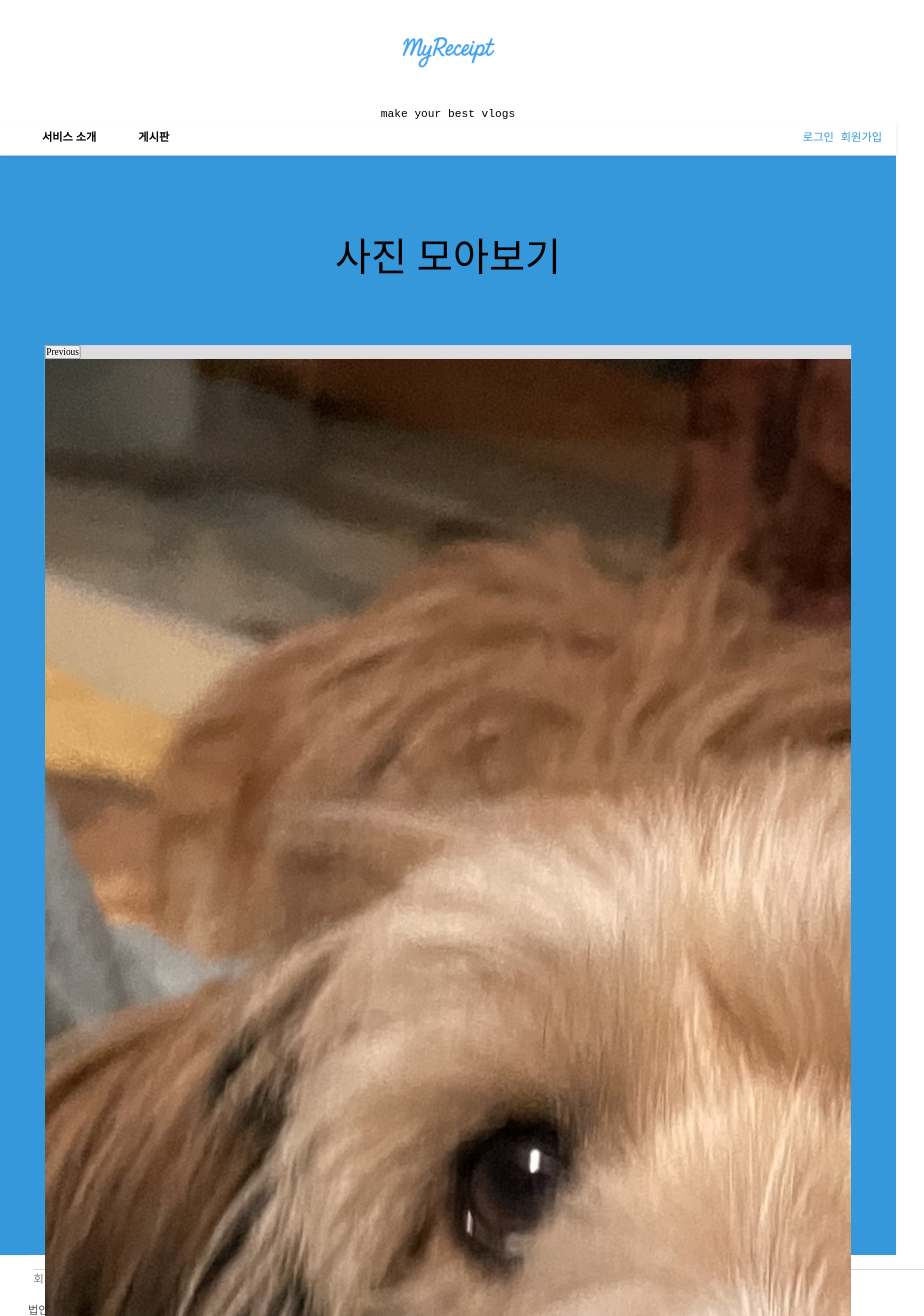
Repository: shong69/mini-project
Page: http://localhost/myReceipt2/index
The author's editor kept a copy of each file at every save. The page is drawn from the files as they stood at one save, then again after the next save.
The browser window is 1280 px wide. The page is 1320 px wide, so the pictures cover 1320 px, including what lies to the right of the window. The pictures show the part of the page from y = 0 to 1880 px (the page is 3077 px tall before and 2002 px after), at 70% of full size.
Some web fonts or font styles are not loaded; a fallback is used. The page is served by Tomcat 10. Other server files are loaded and not shown.

Above is the page before, as saved 2025-05-07 01:37:50.

### jspProject/myReceipt2/src/main/webapp/WEB-INF/views/index.jsp
<%@ page language="java" contentType="text/html; charset=UTF-8"
    pageEncoding="UTF-8"%>
<!DOCTYPE html>
<html>
<head>
<meta charset="UTF-8">
<title>My Receipt</title>
<link rel="stylesheet" type="text/css" href="resources/css/main.css">
<link rel="stylesheet" type="text/css" href="//cdn.jsdelivr.net/npm/slick-carousel@1.8.1/slick/slick.css"/>
<style rel="stylesheet">

</style>
<script type="text/javascript" src="resources/js/jquery-3.1.1.min.js"></script>
<script type="text/javascript" src="//cdn.jsdelivr.net/npm/slick-carousel@1.8.1/slick/slick.min.js"></script>
<script type="text/javascript">
$(function(){
	$('#carousel').slick({
		  dots: false,
		  infinite: true,
		  speed: 500,
		  fade: true,
		  cssEase: 'linear'
	});
});

</script>
</head>
<body>
	<jsp:include page="/WEB-INF/views/common/header.jsp"></jsp:include>
	<main>
		<div class="section-title">사진 모아보기</div>
		<!-- 캐러셀 하나 두기 -->
		<div id="carousel">
			<div><img src="resources/imgs/carousel1.jpg"></div>
			<div><img src="resources/imgs/carousel2.jpg"></div>
			<div><img src="resources/imgs/carousel3.jpg"></div>
			<div><img src="resources/imgs/carousel4.jpg"></div>
		</div>
		<div style="height:1000px;"></div>
	</main>
	<jsp:include page="/WEB-INF/views/common/footer.jsp"></jsp:include>
</body>
</html>

### jspProject/myReceipt2/src/main/webapp/WEB-INF/views/common/header.jsp
<%@ page language="java" contentType="text/html; charset=UTF-8"
    pageEncoding="UTF-8"%>
<%@ taglib prefix="c" uri="http://java.sun.com/jsp/jstl/core" %>
	<div id="header">
		<a href="/myReceipt2/index"><img src="resources/imgs/logo.png" style="width:150px;"/></a>
		<p style="font-family: 'Courier New', Courier, monospace;">make your best vlogs</p>
	</div>
	<div id="nav-bar">
		<div id="menu">
			<a href="/myReceipt2/intro">서비스 소개</a>
			<a href="/myReceipt2/board">게시판</a>
		</div>
		<div id="loginSt">
			<c:choose>
				<c:when test="${not empty sessionScope.loginMember}">
					<p>${sessionScope.loginMember.nickName}님이 로그인 중</p>
					<a href="/myReceipt2/logout">로그아웃</a>

				</c:when>
				<c:otherwise>
					<a href="/myReceipt2/login">로그인</a>
					<a href="/myReceipt2/signup">회원가입</a>
				</c:otherwise>
			</c:choose>
		</div>

	</div>

### jspProject/myReceipt2/src/main/webapp/WEB-INF/views/common/footer.jsp
<%@ page language="java" contentType="text/html; charset=UTF-8"
    pageEncoding="UTF-8"%>
	<footer class="footer">
	    <section>
	        <div class="footer-nav">
	            <a href="/">회사소개 |</a>
	            <a href="/signup">멤버 가입 |</a>
	            <a href="/">게시판</a>
	        </div>
	    </section>
	    <section>
	        <div>
	            법인명(상호) : ㉿My Receipt (주) 대표자(성명) : 오에스조 주소 : 서울특별시 종로구 남대문로 <br>
	            사업자 등록번호 : 123456436-390583784  사업자등록번호 : 119-86-84860 (사업자정보확인)<br>
	            고객센터 이용시간 : 평일 09:00 ~ 18:00  고객센터 전화번호 : 02-1234-1234
	        </div>

	        <div>
	            현금 등으로 결제 시 안전 거래를 위해<br>
	            당사에서 가입하신 한국결제네트웍스 유한회사의 구매안전 서비스(결제대금예치)를 이용하실 수 있습니다.<br>
	            결제대금예치 콘텐츠산업진흥법에 의한 콘텐츠 보호 안내 자세히 보기
	        </div>
	    </section>
	</footer>

### jspProject/myReceipt2/src/main/java/com/project/jsp/controller/IndexController.java
package com.project.jsp.controller;

import java.io.IOException;

import jakarta.servlet.ServletException;
import jakarta.servlet.http.HttpServlet;
import jakarta.servlet.http.HttpServletRequest;
import jakarta.servlet.http.HttpServletResponse;

public class IndexController extends HttpServlet{
	@Override
	protected void doGet(HttpServletRequest req, HttpServletResponse resp) throws ServletException, IOException {
        String path = req.getServletPath(); // 요청 URL 패턴을 얻음

        if ("/index".equals(path)) {
        	req.getRequestDispatcher("/WEB-INF/views/index.jsp").forward(req, resp);
        } else if ("/intro".equals(path)) {
        	req.getRequestDispatcher("/WEB-INF/views/intro.jsp").forward(req, resp);
        } else {
        	resp.sendError(HttpServletResponse.SC_NOT_FOUND);
        }
	}

}

### jspProject/myReceipt2/src/main/webapp/resources/css/main.css
* {
	box-sizing: border-box;
	padding: 0;
	margin: 0;
	font-family: 'main';
}
/* 메인 폰트 */
@font-face {
	font-family: 'main';
	src:
		url('https://fastly.jsdelivr.net/gh/Project-Noonnu/noonfonts_2107@1.1/Pretendard-Regular.woff')
		format('woff');
	font-style: normal;
	font-weight: 400;
}

/*header*/
#header {
	width: 100%;
	text-align: center;
}

#header>div:first-child {
	margin-bottom: 15px;
}

#nav-bar {
	line-height: 50px;
	height: 50px;
	position: sticky;
	top: 0;
	left: 0;
	background-color: white;
	z-index: 1000;
	box-shadow: 0 2px 5px rgba(0, 0, 0, 0.1);
	display:flex;
	flex-direction:row;
}

#loginSt {
	margin-left:auto;
	margin-right:20px;
	display:flex;
	flex-direction:row;
}

#loginSt a {
	margin-left: 10px;
	color: #3498db;
	text-decoration: none;
}

#menu {
	margin-left:40px;
	display: flex;
	gap: 20px;
}

#menu a {
	text-decoration: none;
	color: black;
	font-weight: bold;
	padding: 0 20px;
	border-radius:15px;
	position: relative;
	overflow: hidden;
	transition: background-color 0.5s ease;
}

#menu a:hover {
	background-color: #335085;
	animation-duration: 2s;
	color: whitesmoke;
}

main {
	background-color: #3498db;
	display: flex;
	flex-direction: column;
	align-items: center;
	min-height:500px;
}

.section-title {
	font-size: 3.5rem;
	margin: 100px 0 70px 0;
}

#carousel {
	width: 90%;
	height: 300px;
	background-color: #ddd;
	margin-top: 20px;
}
/*footer*/
.footer {
	background-color: white;
	width: 100%;
	height: auto;
	display: flex;
	flex-direction: column;
	padding-top: 20px;
	margin: 0 40px;
}

.footer>section:first-child {
	border-top: 1px solid #c5c5c5;
	display: flex;
	flex-direction: row;
	margin-left: 8px;
}

.footer>section a {
	color: gray;
	text-decoration: none;
}

.footer>section:nth-child(2) {
	padding-top: 20px;
	color: rgb(83, 83, 83);
}

Loaded but not shown: jspProject/myReceipt2/src/main/webapp/resources/js/jquery-3.1.1.min.js (library)

After the next save:
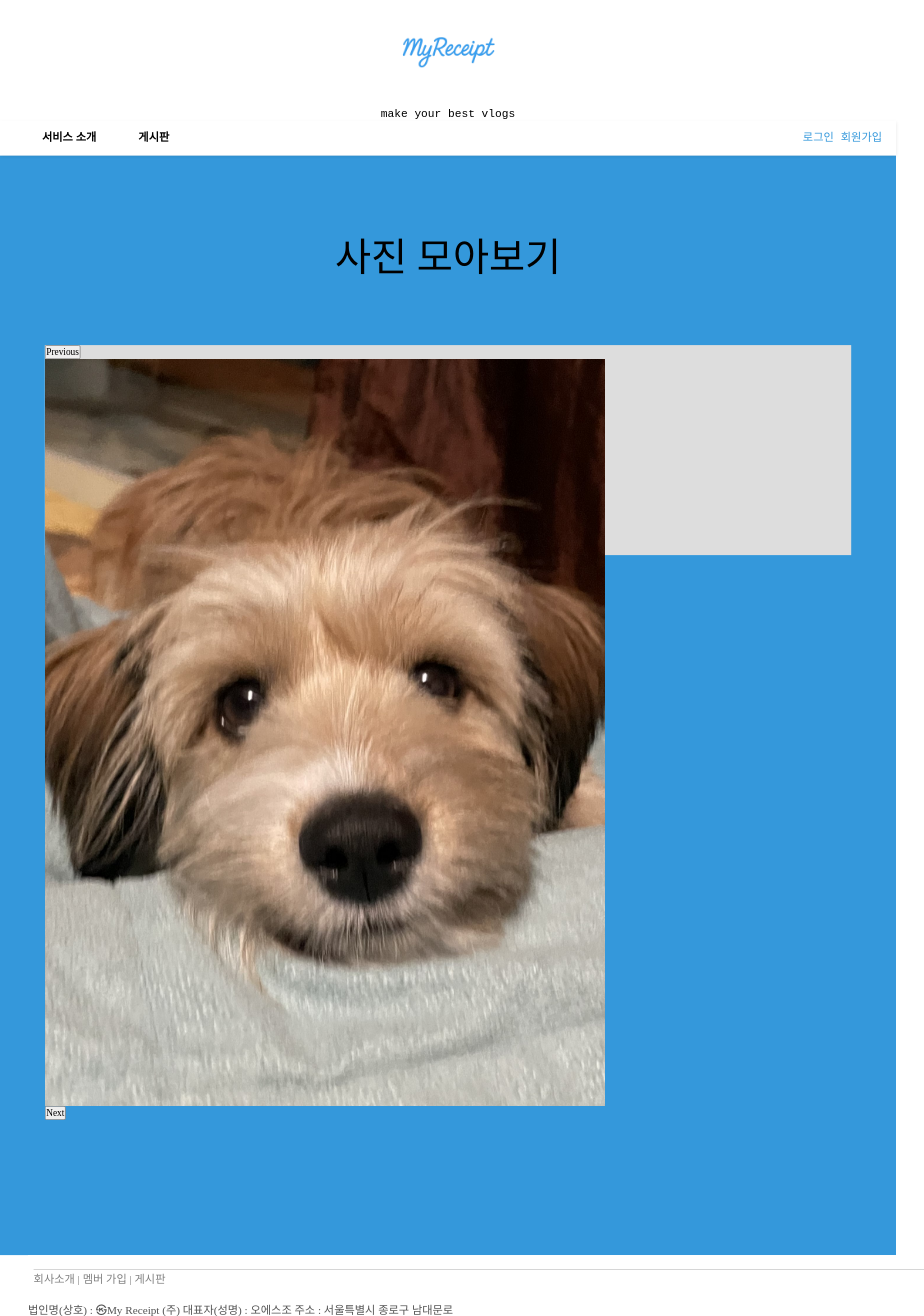
Saved 16 s later.
--- a/jspProject/myReceipt2/src/main/webapp/WEB-INF/views/index.jsp
+++ b/jspProject/myReceipt2/src/main/webapp/WEB-INF/views/index.jsp
@@ -8,7 +8,9 @@
 <link rel="stylesheet" type="text/css" href="resources/css/main.css">
 <link rel="stylesheet" type="text/css" href="//cdn.jsdelivr.net/npm/slick-carousel@1.8.1/slick/slick.css"/>
 <style rel="stylesheet">
-
+img{
+	width:800px;
+}
 </style>
 <script type="text/javascript" src="resources/js/jquery-3.1.1.min.js"></script>
 <script type="text/javascript" src="//cdn.jsdelivr.net/npm/slick-carousel@1.8.1/slick/slick.min.js"></script>
